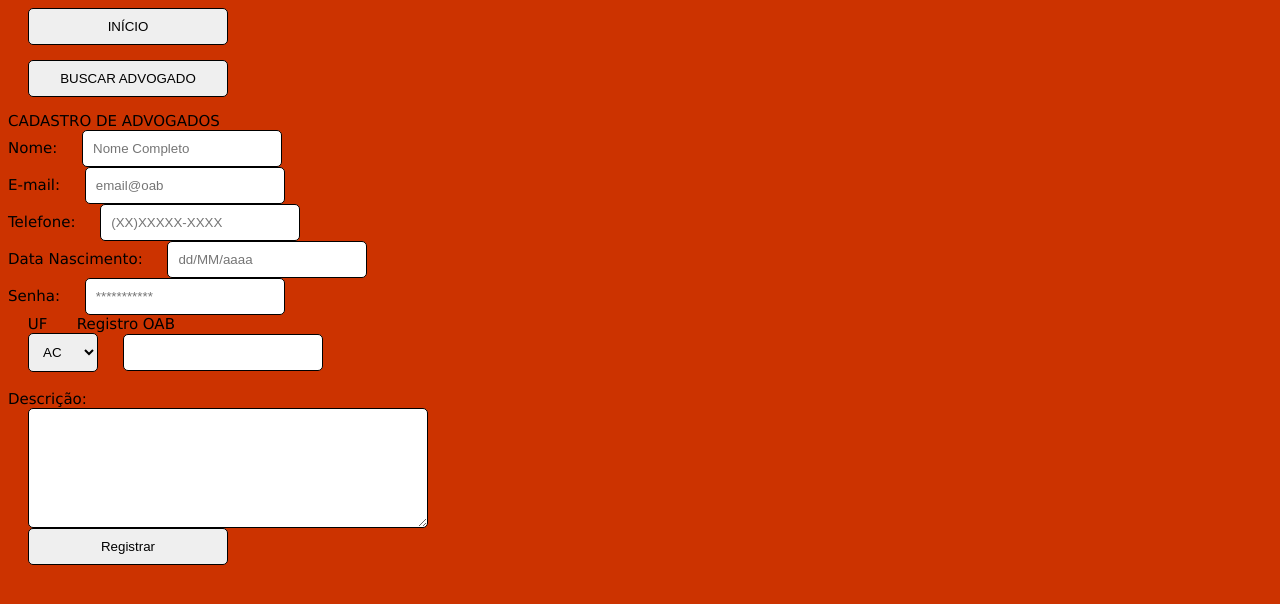
Repository: Natan16/CRUDJUSTTO
Page: http://localhost/CRUDJUSTTOWEB/adiciona-advogado.jsp
The author's editor kept a copy of each file at every save. The page is drawn from the files as they stood at one save, then again after the next save.
The browser window is 1280 px wide. The pictures show the whole page.
The page is served by Tomcat 9. Other server files are loaded and not shown.

Above is the page before, as saved 2019-09-01 02:57:14.

### CRUDJUSTTOWEB/WebContent/adiciona-advogado.jsp
<%@ page import="utils.Listagens,
				 java.util.List,
                  dao.*,
                  model.*" %>

<html>
	<head>
		<link href="Estilo.css" rel="stylesheet" media="all" />
	</head>
     <body>

     	<form action="index.html" method="post">
			<input type="submit" value="INÍCIO" >
		</form>

		<form action="consulta-advogado.jsp" method="post">
			<input type="submit" value="BUSCAR ADVOGADO" >
		</form>
          CADASTRO DE ADVOGADOS <br />
      	<form action="adicionaAdvogado">
           <%--  <%
				boolean modoEditar = true ;
 			%>
		 	<c:if test="${param.ufOAB == null}">
				<%
             		modoEditar = false;
                %>
			</c:if>

			<c:if test="${param.registroOAB == null}">
				<%
					modoEditar = false;
                %>
			</c:if> --%>

			 Nome: <input type="text" name="nome" placeholder="Nome Completo" required/><br />
         	 E-mail: <input type="text" name="email" placeholder="email@oab" required/><br />
             Telefone: <input type="text" name="telefone" placeholder="(XX)XXXXX-XXXX"/><br />
             Data Nascimento: <input type="text" name="dataNascimento" placeholder="dd/MM/aaaa"/><br />
             Senha: <input type="password" name="senha" placeholder="***********" required/><br />

            <%--  <%
             	if(modoEditar){
             		AdvogadoDao dao = new AdvogadoDao();
             	    String ufOAB = %>"${param.ufOAB}"<%	;
             		String registroOAB = %>	${param.registroOAB}"<% ;
             		Advogado advogado = dao.procurarPorRegistro(new RegistroOAB(ufOAB , registroOAB));

             	}
             %>
              --%>

                        &emsp;  UF &nbsp;&emsp; Registro OAB <br />
             <select name="ufOAB">
             	<%
             	List<String> ufs = Listagens.getUfs();
			 	for (String uf : ufs ) {
                %>
                	<option value=<%=uf %>><%=uf%></option>
                <%
                }
                %>
  			 </select>
  			 <input type="text" name="registroOAB" /><br />
  			 <br />

             Descrição: <br />
             <textarea rows = "5" cols = "60" name = "desc"></textarea><br>
             <input   type="submit" value="Registrar" />
             <%--  <%
             	if(modoEditar){

              %>
             		<input   type="submit" value="Atualizar" />
             <%
             	}else {
             %>
             		<input   type="submit" value="Registrar" />
             <%
             	}
             %> --%>
         </form>

     </body>
 </html>

### CRUDJUSTTOWEB/src/utils/Listagens.java
package utils;

import java.util.ArrayList;
import java.util.List;


public class Listagens {
	private static List<String> ufs = new ArrayList<>(
			  List.of("AC","AL","AM","AP","BA","CE","DF","ES","GO","MA","MG","MS","MT","PA","PB","PE","PI",
			"PR","RJ","RN","RO","RR","RS","SC","SE","SP","TO"));

	public static List<String> getUfs() {
		return ufs;
	}

	private static List<Character> tiposDeRegistro = new ArrayList<>(
			  List.of('A', 'B' , 'E' , 'N' , 'P' , 'D'));

	public static List<Character> getTiposDeRegistro() {
		return tiposDeRegistro;
	}

}

### CRUDJUSTTOWEB/WebContent/Estilo.css


form , body{
    font-family: Verdana,Tahoma,sans-serif;
    font-size: 15px;
    background-color: #CC3300;
    max-width: 500px;
}

h1 {
    margin-bottom: 20px;
    margin-left: 20px;
    color: #66FFFF;
    text-shadow: 5px 5px 5px black;
}

select {
	width: 70px;
    padding: 10px;
    color: black;
    margin-left: 20px;
    -webkit-border-radius: 5px;
    -moz-border-radius: 5px;
    border: 1px solid;
}

input, textarea {
    width: 200px;
    padding: 10px;
    color: black;
    margin-left: 20px;
    -webkit-border-radius: 5px;
    -moz-border-radius: 5px;
    border: 1px solid;
}

input:hover, textarea:hover, input:focus, textarea:focus {
    border-color: #000066;
    box-shadow: 5px 0px 9px #FFFF00;
    background-color: #66FFFF;
    color: black;
    font-weight: bold;
}

.submit input {
    background-color: #66FFFF;
    height: 40px;
    width: 100px;
    font-weight: bold;
    border-radius: 5px;
    -webkit-border-radius: 5px;
    -moz-border-radius: 5px;
    border: 1px solid;
    color: black;
}

textarea {
    width: 400px;
    height: 120px;
    line-height: 20px;
    max-width: 400px;
}

form label {
    margin-left: 20px;
    color: #FFFFFF;
    font-weight: bold;
}

After the next save:
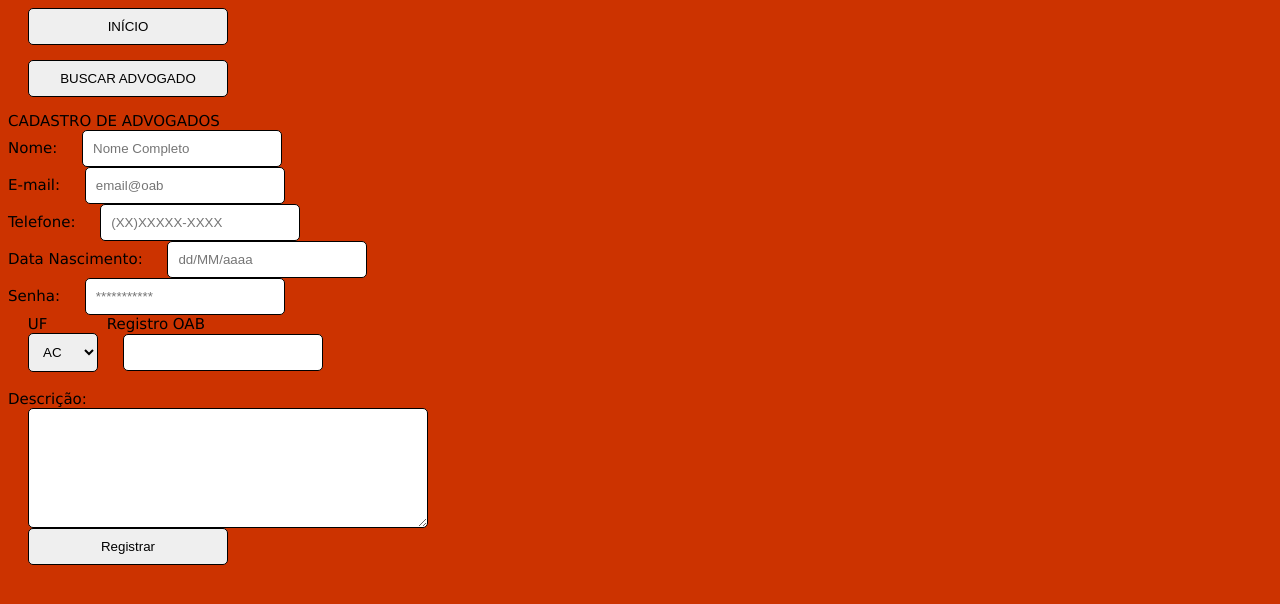
Saved 14 s later.
--- a/CRUDJUSTTOWEB/WebContent/adiciona-advogado.jsp
+++ b/CRUDJUSTTOWEB/WebContent/adiciona-advogado.jsp
@@ -50,7 +50,7 @@
              %>
               --%>
 
-                        &emsp;  UF &nbsp;&emsp; Registro OAB <br />
+                        &emsp;  UF &nbsp;&emsp;&emsp;&emsp; Registro OAB <br />
              <select name="ufOAB">
              	<%
              	List<String> ufs = Listagens.getUfs();
